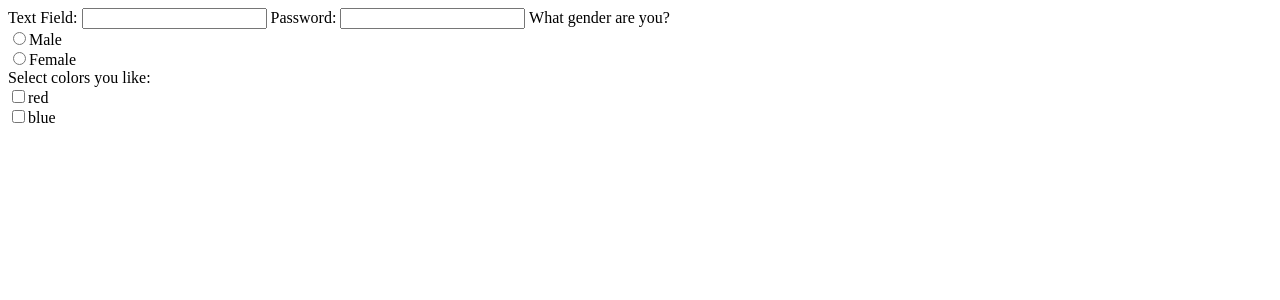
Repository: helcioajr/helcioajr.github.io
Page: first-site/form.html
The author's editor kept a record of every edit. The page is drawn from the files as they stood at one moment, then again after the next edit.
The browser window is 1280 px wide. The pictures show the whole page.

Above is the page before.

After the next edit:
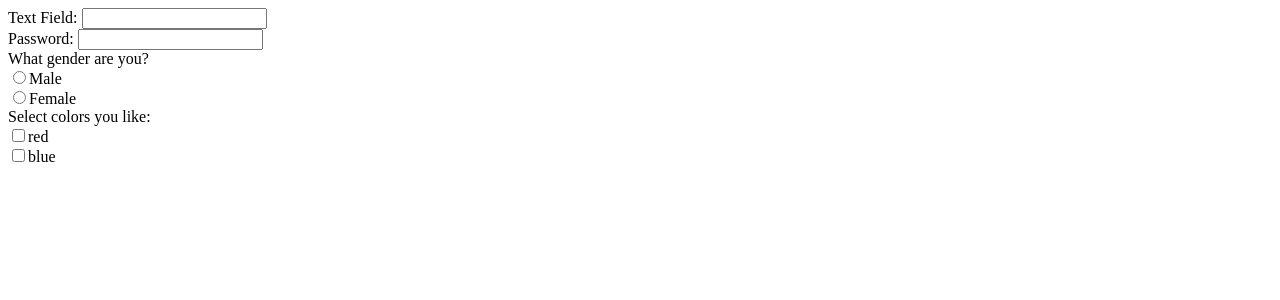
The edit:
--- a/first-site/form.html
+++ b/first-site/form.html
@@ -1,7 +1,7 @@
 <form>
 
-   Text Field: <input type="text" name="firstname"/>
-   Password: <input type="password" name="password"/>
+   Text Field: <input type="text" name="firstname"><br>
+   Password: <input type="password" name="password"><br>
    What gender are you?<br>
    <input type="radio" name="sex" value="male">Male<br>
    <input type="radio" name="sex" value="female">Female<br>
